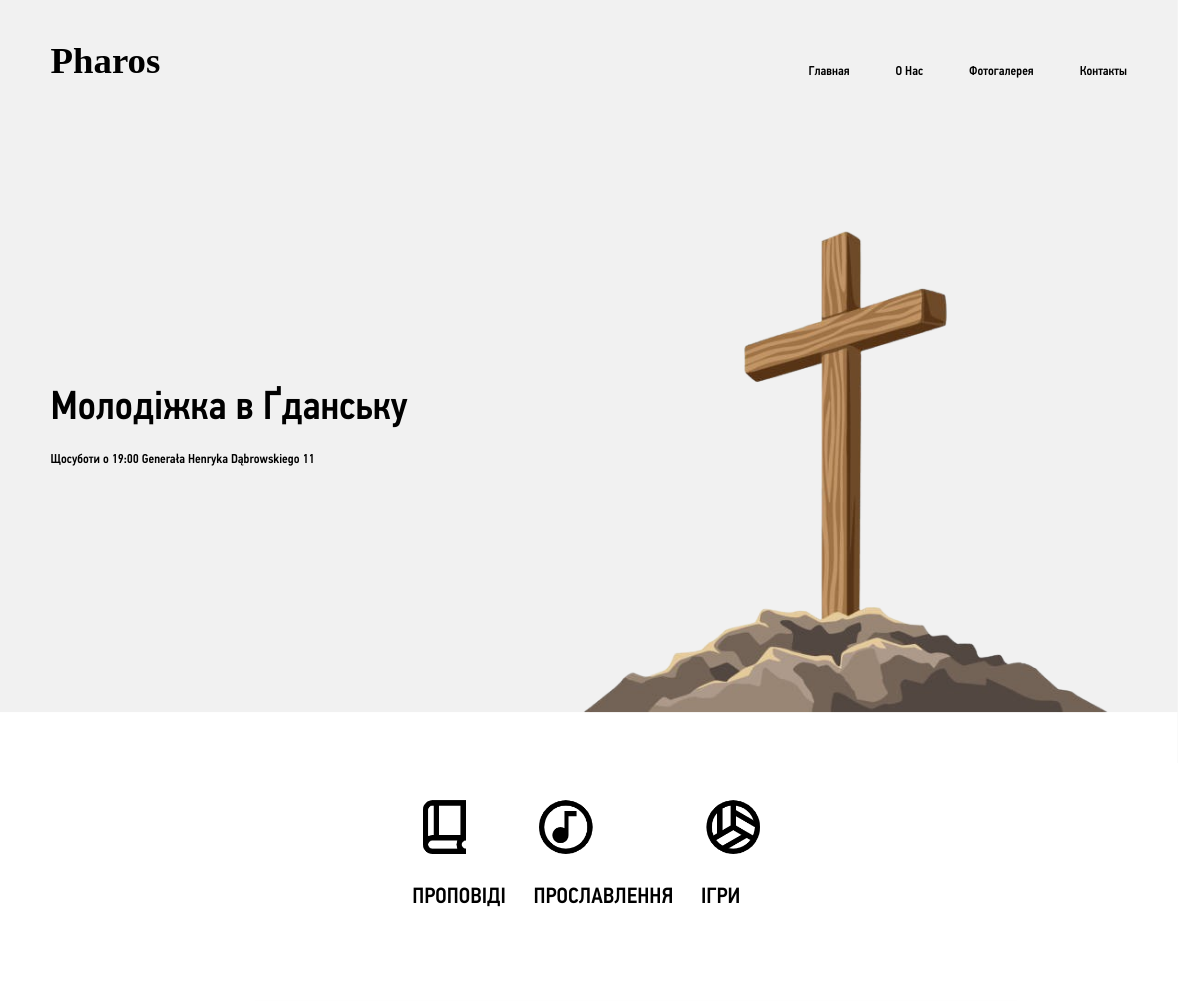
Repository: Bohdan-Sandovenko/youth-project
Page: index.html
An editor plug-in stored every save of this project. The page is shown before and after the next save, followed by the edit.
The browser window is 1280 px wide. The pictures show the whole page, at 92% of full size.
Some web fonts or font styles are not loaded; a fallback is used. The style sheet was rebuilt from its Sass, Less or Tailwind sources for each picture, by a compiler version that may differ from the author's.

Above is the page before, as saved 2024-09-21 17:24:04.

After the next save:
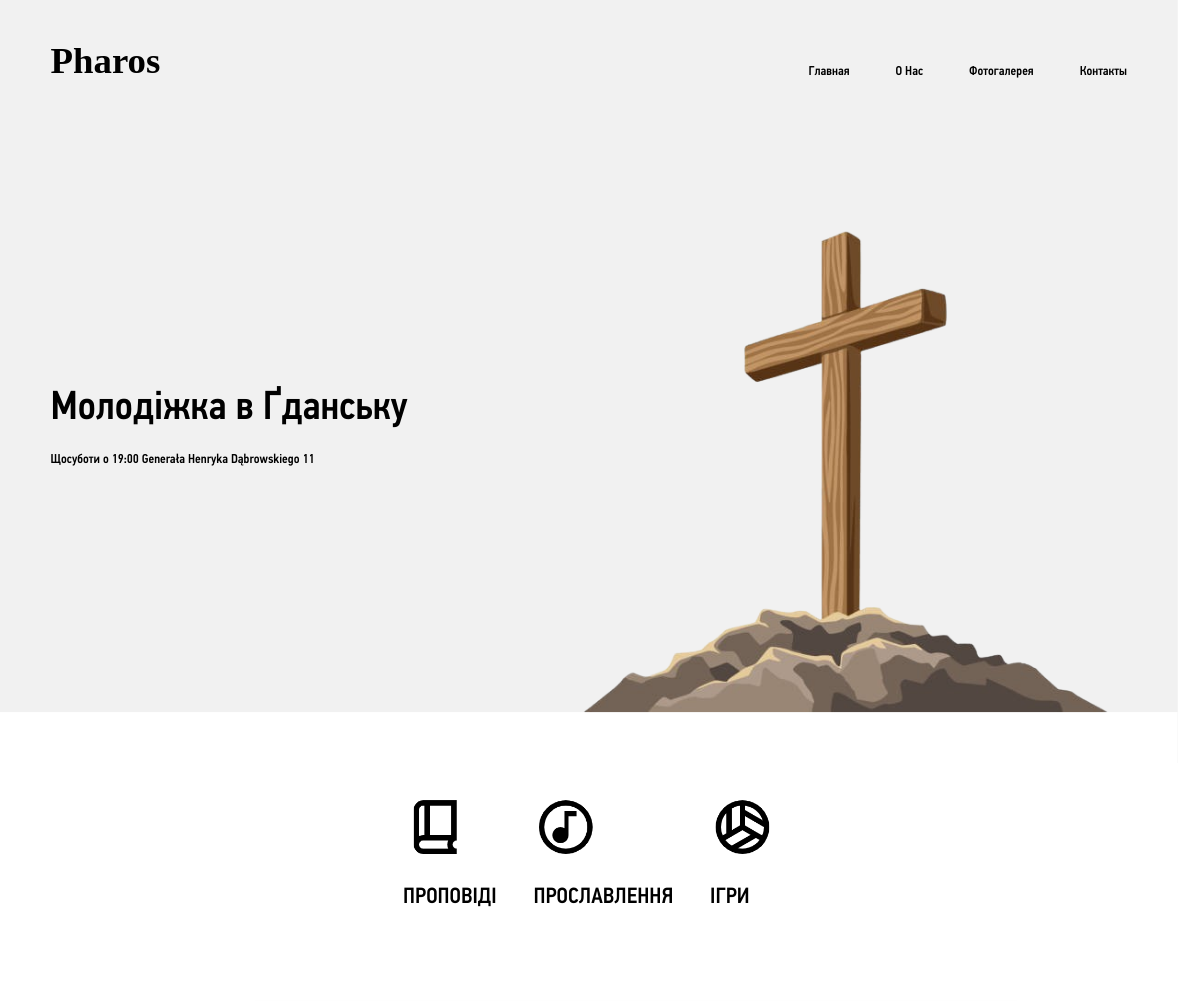
Saved 4 min 42 s later.
--- a/css/style.scss
+++ b/css/style.scss
@@ -92,7 +92,7 @@ body {
 
             .services-row {
                 display: flex;
-                column-gap: 30px;
+                column-gap: 40px;
 
                 .service-card {
 
